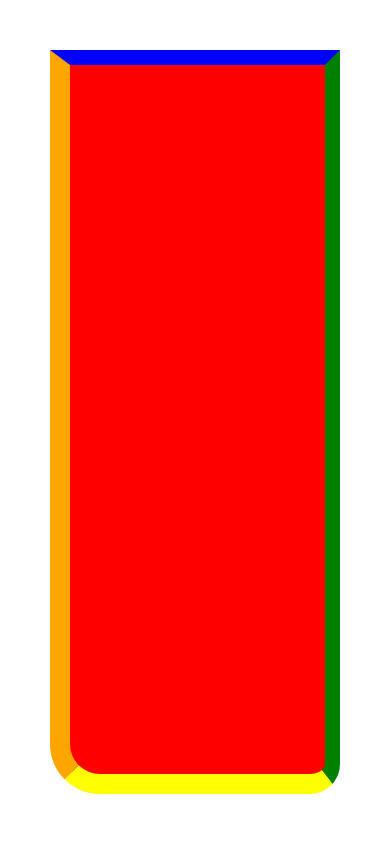
Repository: akinmiday/ReactNativeApp
Screen: /
These files come from the project's save history. The screen is drawn as it stood at one moment and after the next save; the edit follows.
The app was drawn by React Native's web renderer in a window 390 px wide. The project was rebuilt for these pictures with package versions that can differ from the ones it lists, and the page was loaded fresh each time.

Above is the screen before, as saved 2023-08-06 16:10:00.

### App.js
import { View, Text } from "react-native";
import styles from "./styles";
import { useState } from "react";

export default function App() {
  const { container } = styles;

  return (
    <View style={container}>
      <Text></Text>
    </View>
  );
}

### styles.js
import { StyleSheet } from "react-native";

const styles = StyleSheet.create({
  container: {
    backgroundColor: "red",
    flex: 1,
    padding: 20,
    margin: 50,
    borderBottomWidth: 20,
    borderTopWidth: 15,
    borderLeftWidth: 20,
    borderRightWidth: 15,
    borderBottomColor: "yellow",
    borderTopColor: "blue",
    borderLeftColor: "orange",
    borderRightColor: "green",
    borderBottomLeftRadius: 50,
    borderBottomRightRadius: 30,
  },
  input: {
    backgroundColor: "pink",
    marginTop: 20,
    padding: 20,
    marginTop: 20,
    marginBottom: 20,
  },
  text: {
    color: "red",
    fontSize: 20,
    fontFamily: "Arial",
    fontStyle: "italic",
    fontWeight: "normal",
    letterSpacing: 1,
    textAlign: "auto",
    textDecorationLine: "underline",
    textDecorationColor: "green",
    textTransform: "lowercase",
  },
  button: {
    backgroundColor: "yellow",
    padding: 15,
    alignItems: "center",
    width: "50%",
    alignSelf: "center",
    borderWidth: 5,
    borderColor: "green",
    marginTop: 20,
  },
  item: {
    backgroundColor: "yellow",
    padding: 20,
    marginVertical: 5,
  },
  header: {
    fontSize: 15,
  },
  title: {
    fontSize: 10,
  },
});

export default styles;

After the next save:
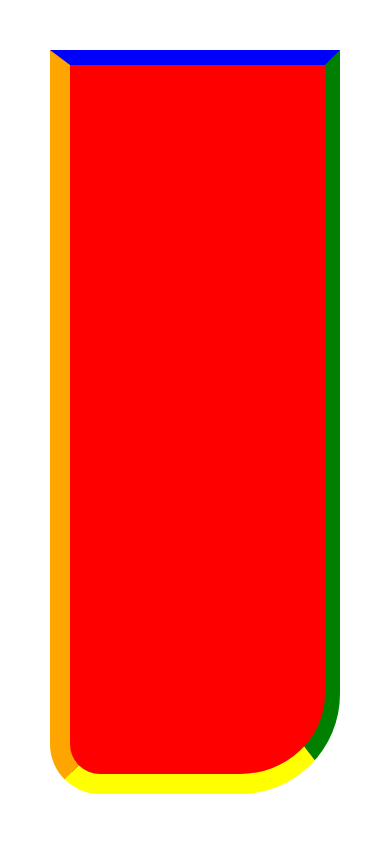
Saved 17 s later.
--- a/styles.js
+++ b/styles.js
@@ -15,7 +15,7 @@ const styles = StyleSheet.create({
     borderLeftColor: "orange",
     borderRightColor: "green",
     borderBottomLeftRadius: 50,
-    borderBottomRightRadius: 30,
+    borderBottomRightRadius: 100,
   },
   input: {
     backgroundColor: "pink",
